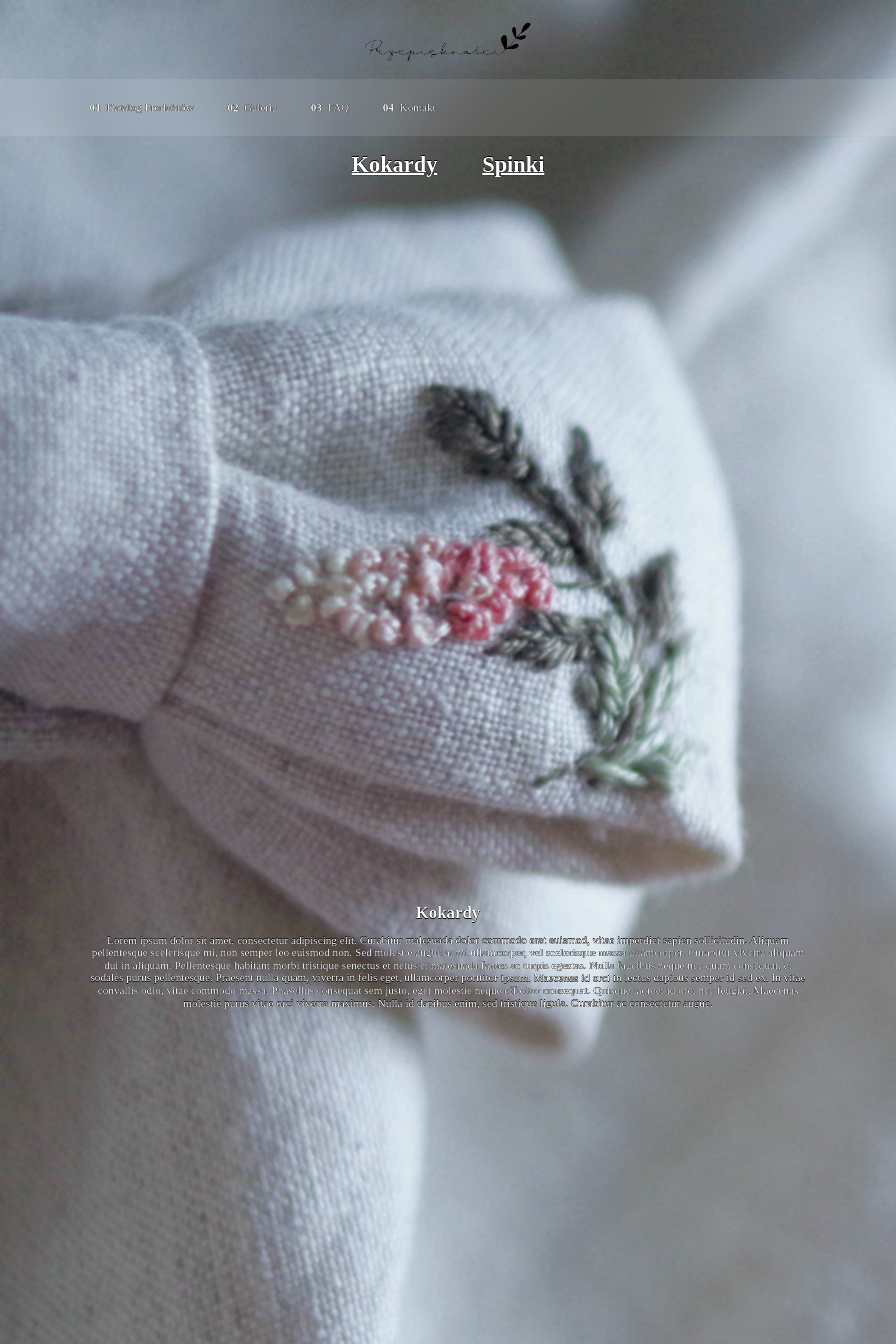
Repository: kowalkos/Rak_projekt
Page: /produkty
These files come from the project's save history. The page is drawn as it stood at one moment and after the next save; the edit follows.
The browser window is 1280 px wide. The pictures show the part of the page from y = 0 to 1920 px (the page is 2641 px tall before and 2559 px after), at 70% of full size.
Backgrounds fixed to the window are drawn as part of the page. The project was rebuilt for these pictures with package versions that can differ from the ones it lists, and the page was loaded fresh each time. Also part of the build but not shown: src/components/galeria/Galeria.js, src/components/main/Main.js, src/components/FAQ/Faq.js, src/components/about/About.js.

Above is the page before, as saved 2022-01-04 19:13:16.

After the next save:
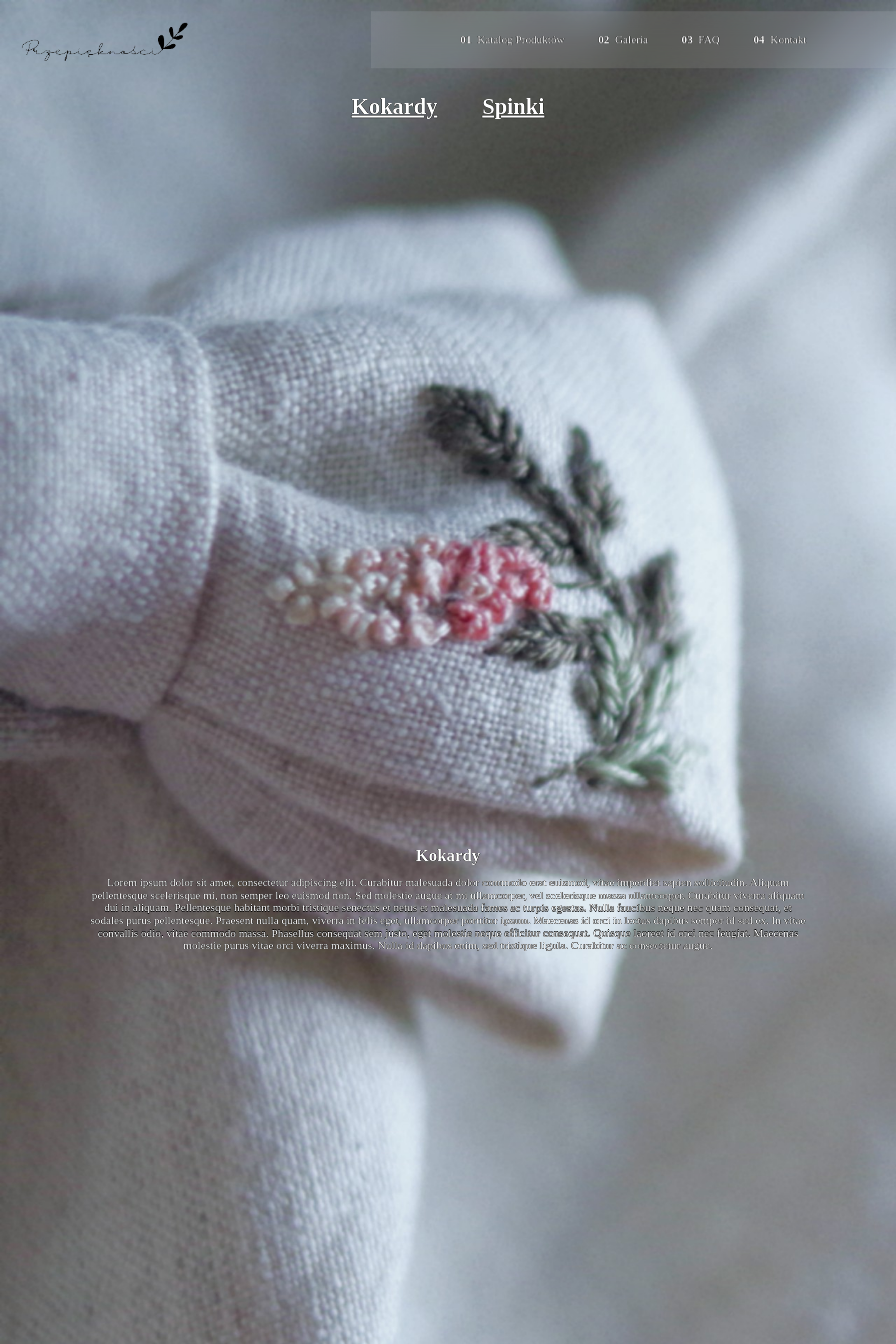
Saved 102 s later.
--- a/src/components/navbar/NavBar.js
+++ b/src/components/navbar/NavBar.js
@@ -22,7 +22,7 @@ function NavBar(props) {
         }
         console.log(visibility);
     }
-    return <header className='primary-header '>
+    return <header className='primary-header flex'>
 
         <div >
         <Link to='/' >
